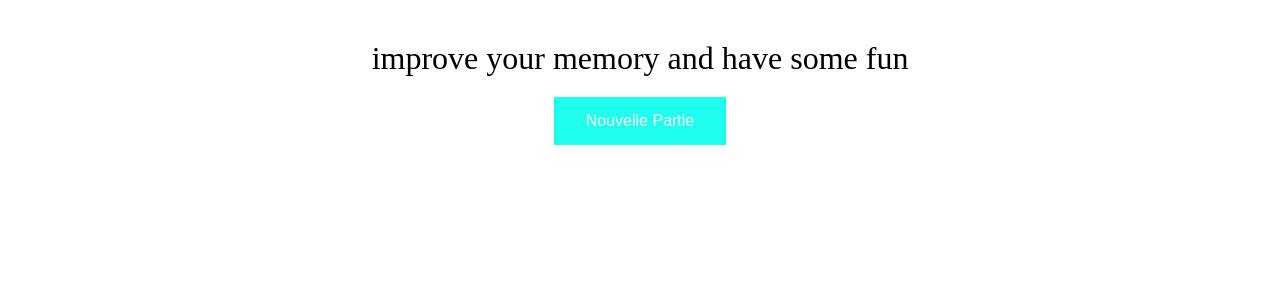
Repository: karim-sebih/react-memory
Page: / (app in react-memory/Memory/)
The author's editor kept a copy of each file at every save. The page is drawn from the files as they stood at one save, then again after the next save.
The browser window is 1280 px wide. The pictures show the whole page.
The project was rebuilt for these pictures with package versions that can differ from the ones it lists, and the page was loaded fresh each time. Also part of the build but not shown: react-memory/Memory/vite.config.js.

Above is the page before, as saved 2025-05-22 10:32:27.

### react-memory/Memory/src/App.css
#root {
  max-width: 1280px;
  margin: 0 auto;
  padding: 2rem;
  text-align: center;
}

.logo {
  height: 6em;
  padding: 1.5em;
  will-change: filter;
  transition: filter 300ms;
}
.logo:hover {
  filter: drop-shadow(0 0 2em #646cffaa);
}
.logo.react:hover {
  filter: drop-shadow(0 0 2em #61dafbaa);
}

@keyframes logo-spin {
  from {
    transform: rotate(0deg);
  }
  to {
    transform: rotate(360deg);
  }
}

@media (prefers-reduced-motion: no-preference) {
  a:nth-of-type(2) .logo {
    animation: logo-spin infinite 20s linear;
  }
}

.card {
  padding: 2em;
}

.read-the-docs {
  color: #888;
}

.title {
  font-size: 2em;
  margin-bottom: 0.5em;
}

### react-memory/Memory/src/App.jsx
import { useState } from 'react'
import './App.css'
import NewGameButton from './components/Button.jsx'

function App() {
  const [gameStarted, setGameStarted] = useState(false)
  const [cards, setCards] = useState([])

  // Dummy cards for demonstration
  const initialCards = [
    { id: 1, value: 'A', flipped: false, matched: false },
    { id: 2, value: 'A', flipped: false, matched: false },
    { id: 3, value: 'B', flipped: false, matched: false },
    { id: 4, value: 'B', flipped: false, matched: false },
  ]

  const startNewGame = () => {
    // Shuffle and reset cards
    const shuffled = [...initialCards].sort(() => Math.random() - 0.5)
    setCards(shuffled)
    setGameStarted(true)
  }

  return (
    <>
      <div className='title'>

        improve your memory and have some fun

      </div>
      {!gameStarted ? (
        <NewGameButton onNewGame={startNewGame} />
      ) : (
        <div>

          <h1>Memory Game</h1>
          <div className="memory-board">
            {cards.map(card => (
              <div key={card.id} className="memory-card">
                {card.flipped || card.matched ? card.value : "?"}
              </div>
            ))}
          </div>
        </div>
      )}

    </>
  )
}

export default App

### react-memory/Memory/src/components/Button.jsx
import React from 'react';
import './Button.css';

const NewGameButton = ({ onNewGame }) => (
    <button  className='new-game-button' onClick={onNewGame}>
        Nouvelle Partie
    </button>
);



export default NewGameButton;

### react-memory/Memory/src/components/button.css
.new-game-button {
  background-color: #1dffec;
  border: none;
  color: white;
  padding: 15px 32px;
  text-align: center;
  text-decoration: none;
  display: inline-block;
  font-size: 16px;
  margin: 4px 2px;
  cursor: pointer;
}
.new-game-button:hover {
  background-color: #1dffec;
  color: white;
  box-shadow: 0 0 10px #1dffec, 0 0 20px #1dffec, 0 0 30px #1dffec;
}

Loaded but not shown: react-memory/Memory/index.html (common file); react-memory/Memory/src/main.jsx (common file)

After the next save:
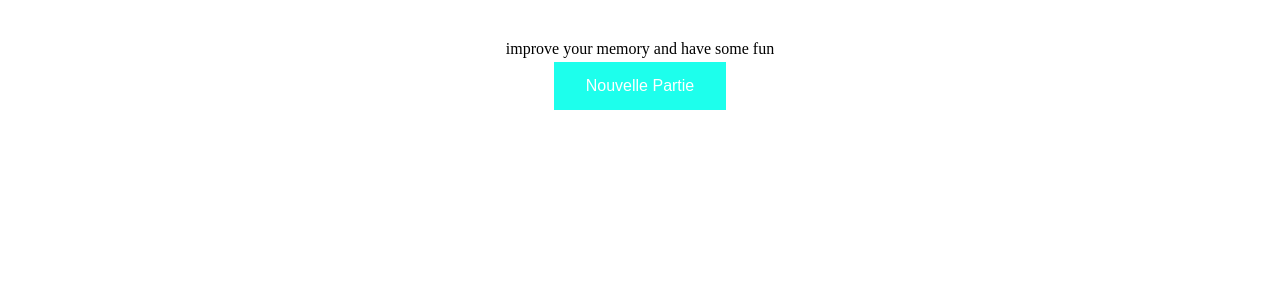
Saved 2 min 36 s later.
--- a/react-memory/Memory/src/App.jsx
+++ b/react-memory/Memory/src/App.jsx
@@ -23,7 +23,7 @@
 
   return (
     <>
-      <div className='title'>
+      <div className=''>
 
         improve your memory and have some fun
 

After the 2 saves that followed:
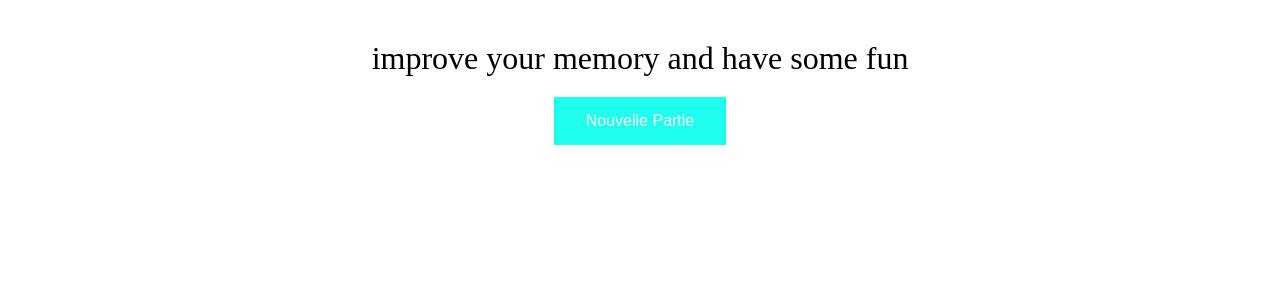
The 2 saves are shown as one change because they came seconds apart.
The last was saved 12 s later.
--- a/react-memory/Memory/src/App.jsx
+++ b/react-memory/Memory/src/App.jsx
@@ -23,7 +23,7 @@
 
   return (
     <>
-      <div className=''>
+      <div className='title'>
 
         improve your memory and have some fun
 
